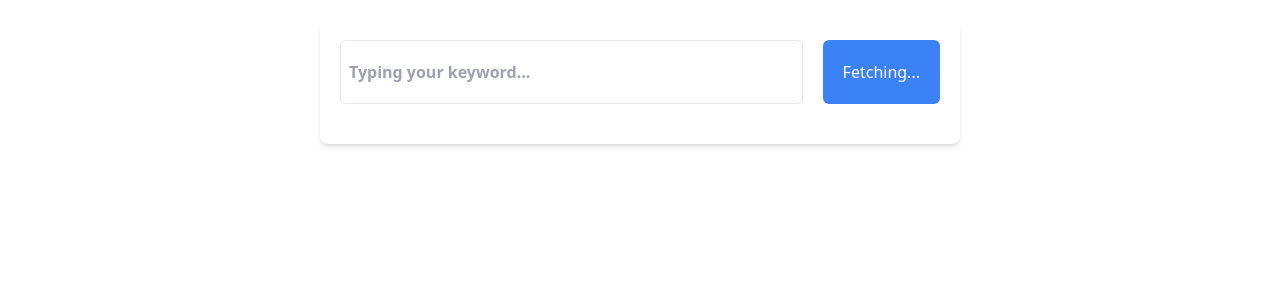
Repository: Trunks2k1ynwa/react_redux_app
Page: /
The author's editor kept a copy of each file at every save. The page is drawn from the files as they stood at one save, then again after the next save.
The browser window is 1280 px wide. The pictures show the whole page.
The page's requests for data from a server got no answer. The project was rebuilt for these pictures with package versions that can differ from the ones it lists, and the page was loaded fresh each time. No one was signed in, and anything a server would have sent is missing.

Above is the page before, as saved 2023-01-09 03:00:42.

### public/index.html
<!DOCTYPE html>
<html lang="en">
  <head>
    <meta charset="utf-8" />
    <link rel="icon" href="%PUBLIC_URL%/favicon.ico" />
    <meta name="viewport" content="width=device-width, initial-scale=1" />
    <meta name="theme-color" content="#000000" />
    <meta
      name="description"
      content="Web site created using create-react-app"
    />
    <link
      rel="stylesheet"
      href="https://cdnjs.cloudflare.com/ajax/libs/font-awesome/6.2.1/css/all.min.css"
      integrity="sha512-MV7K8+y+gLIBoVD59lQIYicR65iaqukzvf/nwasF0nqhPay5w/9lJmVM2hMDcnK1OnMGCdVK+iQrJ7lzPJQd1w=="
      crossorigin="anonymous"
      referrerpolicy="no-referrer"
    />
    <link rel="apple-touch-icon" href="%PUBLIC_URL%/logo192.png" />
    <!--
      manifest.json provides metadata used when your web app is installed on a
      user's mobile device or desktop. See https://developers.google.com/web/fundamentals/web-app-manifest/
    -->
    <link rel="manifest" href="%PUBLIC_URL%/manifest.json" />
    <!--
      Notice the use of %PUBLIC_URL% in the tags above.
      It will be replaced with the URL of the `public` folder during the build.
      Only files inside the `public` folder can be referenced from the HTML.

      Unlike "/favicon.ico" or "favicon.ico", "%PUBLIC_URL%/favicon.ico" will
      work correctly both with client-side routing and a non-root public URL.
      Learn how to configure a non-root public URL by running `npm run build`.
    -->
    <title>React Redux App</title>
  </head>
  <body>
    <noscript>You need to enable JavaScript to run this app.</noscript>
    <div id="root"></div>
    <!--
      This HTML file is a template.
      If you open it directly in the browser, you will see an empty page.

      You can add webfonts, meta tags, or analytics to this file.
      The build step will place the bundled scripts into the <body> tag.

      To begin the development, run `npm start` or `yarn start`.
      To create a production bundle, use `npm run build` or `yarn build`.
    -->
  </body>
</html>

### src/index.js
import React from "react";
import { createRoot } from "react-dom/client";
import App from "./App";
import reportWebVitals from "./reportWebVitals";
import "./index.css";
import { Provider } from "react-redux";
import store from "./sagas/configureStore.js";

const container = document.getElementById("root");
const root = createRoot(container);

root.render(
  <React.StrictMode>
    <Provider store={store}>
      <App />
    </Provider>
  </React.StrictMode>
);

// If you want to start measuring performance in your app, pass a function
// to log results (for example: reportWebVitals(console.log))
// or send to an analytics endpoint. Learn more: https://bit.ly/CRA-vitals
reportWebVitals();

### src/App.js
import { useEffect } from "react";
import { useDispatch, useSelector } from "react-redux";
import { getNews } from "./sagas/news/newSlice.js";
import HackerNews from "./uis/HackerNews.js";

function App() {
  //Generator function
  // useEffect(() => {
  //   function* demoGenerator() {
  //     yield 1;
  //     yield 2;
  //     yield 3;
  //   }
  //   const gen = demoGenerator();
  //   console.log(gen.next());
  //   console.log(gen.return(3));
  // }, [])
  const dispatch = useDispatch();
  useEffect(() => {
    dispatch(getNews());
  }, [dispatch]);
  const hits = useSelector(state=>state.news.hits)
  console.log("🚀 ~ hits", hits)
  return (
    <div className="App">
    <HackerNews></HackerNews>
    </div>
  );
}

export default App;

### src/sagas/configureStore.js
// import createSagaMiddleware from "@redux-saga/core";
import { configureStore } from "@reduxjs/toolkit";
import logger from "redux-logger";
// import { getNews } from "./news/newSlice.js";
import { reducer } from "./reducer.js";
// import rootSaga from "./rootSaga.js";


// const sagaMiddlware = createSagaMiddleware();
const store = configureStore({
    reducer:reducer,
    middleware:(gDM) => gDM().concat(logger),
    // middleware:(gDM) => gDM().concat(sagaMiddlware),

})
// sagaMiddlware.run(rootSaga);
export default store;

### src/sagas/news/newSlice.js
import { createAction, createSlice } from "@reduxjs/toolkit";

export const otherAction = createAction('upLoadLoading');
const newsSlice = createSlice({
    name: 'news',
    initialState: {
        hits:[],
        loading:true,
        query:"",
    },
    reducers: {
        setQuery:(state,action)=>({
            ...state,
            query: action.payload,
        }),
        setNews:(state,action)=>({
            ...state,
            hits:action.payload,
        }),
        getNews(){},
        setLoading:(state,action)=>({
            ...state,
            loading:action.payload
        })

    },
    extraReducers : (builder)=>{
        builder.addCase(otherAction,(state,action)=>{
            state.loading = action.payload;
        });
    },
});
export const {setNews,getNews,setLoading,setQuery} = newsSlice.actions;
export default newsSlice.reducer;

### src/uis/HackerNews.js
import React, { useEffect } from "react";
import { useDispatch, useSelector } from "react-redux";
import { getNews, otherAction, setQuery } from "../sagas/news/newSlice.js";
import { debounce } from "lodash";
import { handleFetchNews } from "../redux-thunk/newsSlice.js";
// import lodash from 'lodash'
// https://hn.algolia.com/api/v1/search?query=react
const HackerNews = () => {
  const { hits, loading, query } = useSelector((state) => state.news);
  const dispatch = useDispatch();
  useEffect(() => {
    dispatch(handleFetchNews("css"));
  }, [dispatch, query]);
  // useEffect(() => {
  //   dispatch(getNews(query));
  // }, [dispatch, query]);
  const handleChangeQuery = debounce((e) => {
    // dispatch(setQuery(e.target.value));
  }, 250);
  const handleSetLoading = ()=>{
    // dispatch(otherAction({payload:true}))
  }
  return (
    <div className="w-2/4 p-5 mx-auto mt-5 bg-white rounded-lg shadow-md">
      <div className="flex mb-5 gap-x-5 ">
        <input
          type="text"
          className="block w-full p-2 font-bold border border-gray-200 rounded-md focus:border-blue-400"
          placeholder="Typing your keyword..."
          // defaultValue={query}
          onChange={handleChangeQuery}
        />
        <button
          className="p-5 text-white bg-blue-500 rounded-md font-semibold-600"
          onClick={handleSetLoading}
        >
          Fetching...
        </button>
      </div>
      {!loading && (
        <div className="w-8 h-8 mx-auto my-10 border-4 border-r-4 border-blue-500 rounded-full border-r-transparent animate-spin"></div>
      )}
      {!loading}
      <div className="flex flex-wrap gap-5">
        {loading &&
          hits.length > 0 &&
          hits.map((item, index) => {
            if (!item.title || item.title.length <= 0) return null;
            return (
              <h3 className="p-3 bg-gray-100 rounded-sm" key={index}>
                {item.title}
              </h3>
            );
          })}
      </div>
    </div>
  );
};

export default HackerNews;

### src/sagas/reducer.js
import { combineReducers } from "@reduxjs/toolkit";
import newsSlice from "../redux-thunk/newsSlice.js";
export const reducer = combineReducers({
    news:newsSlice,
})

### src/redux-thunk/newsSlice.js
import { createAsyncThunk, createSlice } from "@reduxjs/toolkit";
// import { latest } from "immer/dist/internal.js";
import requestGetNews from "../sagas/news/request.js";

export const handleFetchNews = createAsyncThunk(
  "news/handleFetchNews",
  async (query, thunkAPi) => {
    const response = await requestGetNews(query);
    return response.data.hits;
  }
);
const newsSlice = createSlice({
  name: "news",
  initialState: {
    hits: [],
    loading: true,
    query: "",
  },
  reducers: {
    extraReducers: (builder) => {
      builder.addCase(handleFetchNews.fulfilled, (state, action) => {
        state.hits = action.payload;
        state.loading = false;
      }).addCase(handleFetchNews.pending, (state, action) => {
        state.loading= true;
        state.hits = "";
      }).addCase(handleFetchNews.rejected, (state, action) => {
        state.loading= false;
      });
    },
  },
});

export default newsSlice.reducer;

### src/sagas/news/request.js
import axios from "axios";

export default function requestGetNews(query='vue') {
  return axios.request({
    method: "GET",
    url: `https://hn.algolia.com/api/v1/search?`,
    params: {query}
  });
}

### tailwind.config.js
/** @type {import('tailwindcss').Config} */
module.exports = {
  darkMode:"class",
  content: ["./src/**/*.{html,js}"],
  theme: {
    extend: {},
  },
  plugins: [],
}

Loaded but not shown: src/reportWebVitals.js (common file); src/index.css (common file)

After the next save:
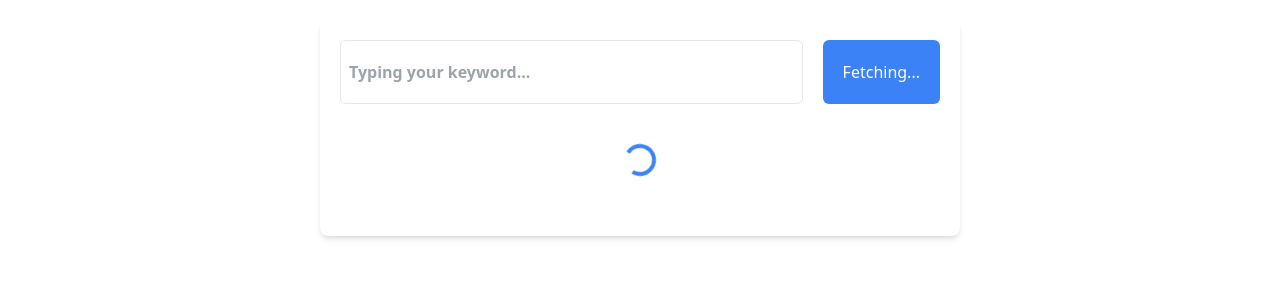
Saved 2 min 50 s later.
--- a/src/redux-thunk/newsSlice.js
+++ b/src/redux-thunk/newsSlice.js
@@ -9,25 +9,28 @@
     return response.data.hits;
   }
 );
+const initialState = {
+  hits: [],
+  loading: true,
+  query: "",
+};
 const newsSlice = createSlice({
   name: "news",
-  initialState: {
-    hits: [],
-    loading: true,
-    query: "",
-  },
-  reducers: {
-    extraReducers: (builder) => {
-      builder.addCase(handleFetchNews.fulfilled, (state, action) => {
+  initialState,
+  reducer: {},
+  extraReducers: (builder) => {
+    builder
+      .addCase(handleFetchNews.fulfilled, (state, action) => {
         state.hits = action.payload;
         state.loading = false;
-      }).addCase(handleFetchNews.pending, (state, action) => {
-        state.loading= true;
+      })
+      .addCase(handleFetchNews.pending, (state, action) => {
+        state.loading = true;
         state.hits = "";
-      }).addCase(handleFetchNews.rejected, (state, action) => {
-        state.loading= false;
+      })
+      .addCase(handleFetchNews.rejected, (state, action) => {
+        state.loading = false;
       });
-    },
   },
 });
 

After the 5 saves that followed:
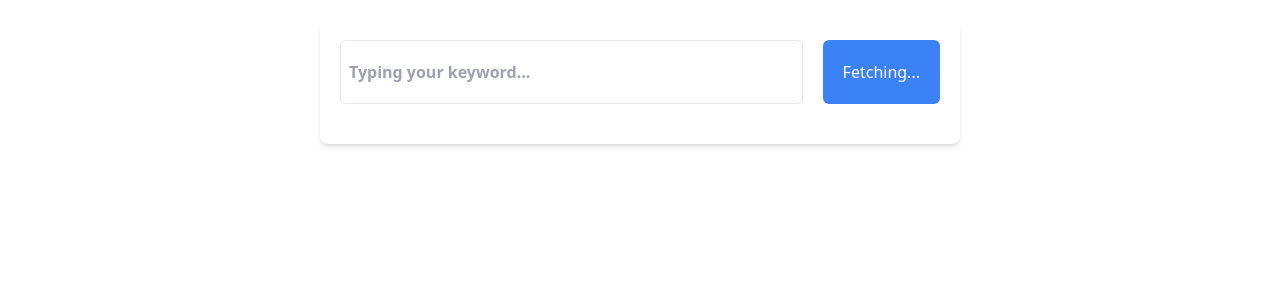
The 5 saves are shown as one change because 4 left the picture as it was.
The last was saved 102 s later.
--- a/src/uis/HackerNews.js
+++ b/src/uis/HackerNews.js
@@ -1,6 +1,6 @@
 import React, { useEffect } from "react";
 import { useDispatch, useSelector } from "react-redux";
-import { getNews, otherAction, setQuery } from "../sagas/news/newSlice.js";
+// import { getNews, otherAction, setQuery } from "../sagas/news/newSlice.js";
 import { debounce } from "lodash";
 import { handleFetchNews } from "../redux-thunk/newsSlice.js";
 // import lodash from 'lodash'
@@ -37,7 +37,7 @@ const HackerNews = () => {
           Fetching...
         </button>
       </div>
-      {!loading && (
+      {loading && (
         <div className="w-8 h-8 mx-auto my-10 border-4 border-r-4 border-blue-500 rounded-full border-r-transparent animate-spin"></div>
       )}
       {!loading}
--- a/src/redux-thunk/newsSlice.js
+++ b/src/redux-thunk/newsSlice.js
@@ -11,7 +11,7 @@
 );
 const initialState = {
   hits: [],
-  loading: true,
+  loading: false,
   query: "",
 };
 const newsSlice = createSlice({
@@ -26,7 +26,6 @@
       })
       .addCase(handleFetchNews.pending, (state, action) => {
         state.loading = true;
-        state.hits = "";
       })
       .addCase(handleFetchNews.rejected, (state, action) => {
         state.loading = false;
